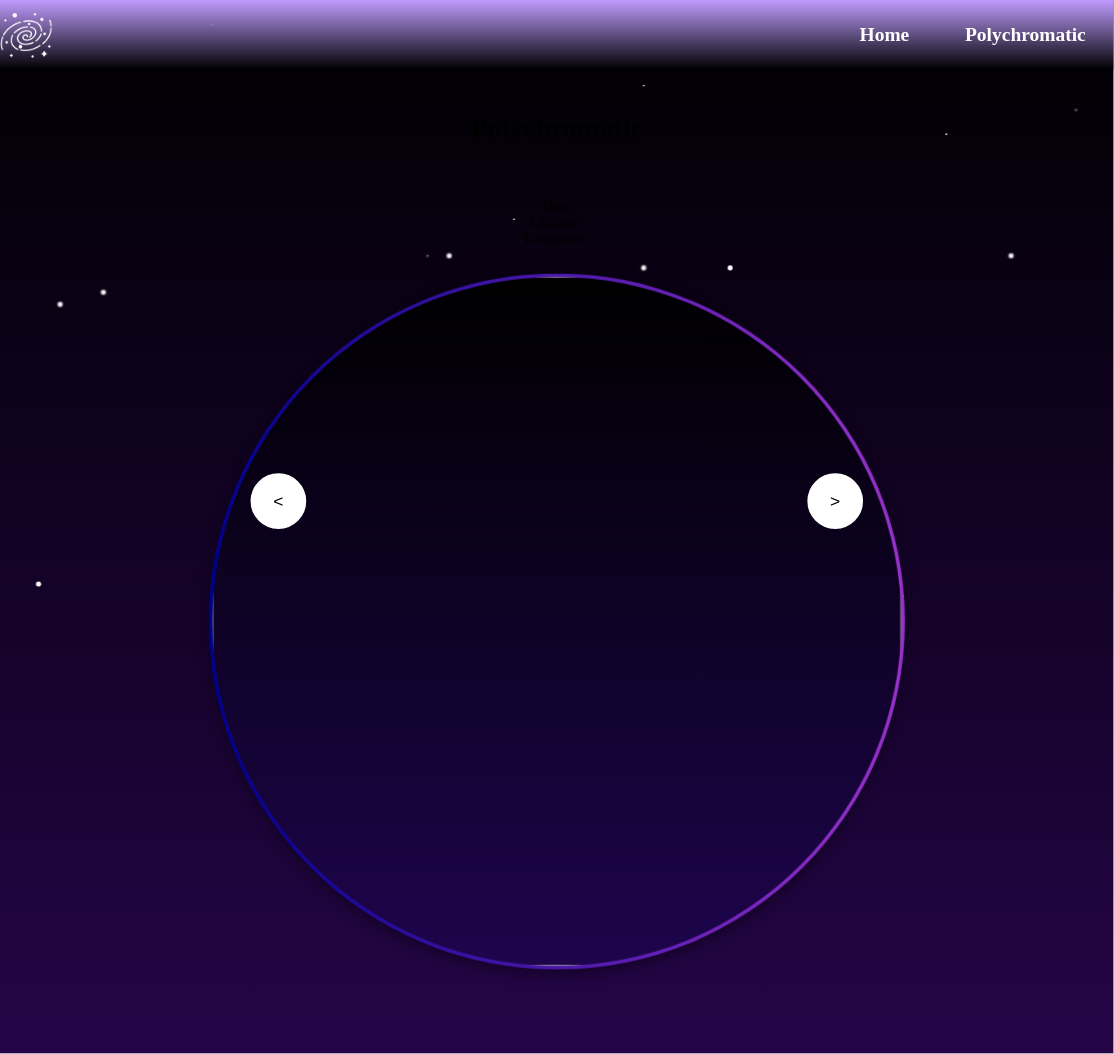
Repository: KayceeNguyen/DAI_W07_NASA
Page: /polychromatic
The author's editor kept a copy of each file at every save. The page is drawn from the files as they stood at one save, then again after the next save.
The browser window is 1280 px wide. The pictures show the whole page, at 87% of full size.
The page's requests for data from a server got no answer. The project was rebuilt for these pictures with package versions that can differ from the ones it lists, and the page was loaded fresh each time. The framework's server and built-in components were replaced by stand-ins that run in the browser. No one was signed in, and anything a server would have sent is missing. Also part of the build but not shown: next.config.js.

Above is the page before, as saved 2023-02-17 01:46:31.

After the next save:
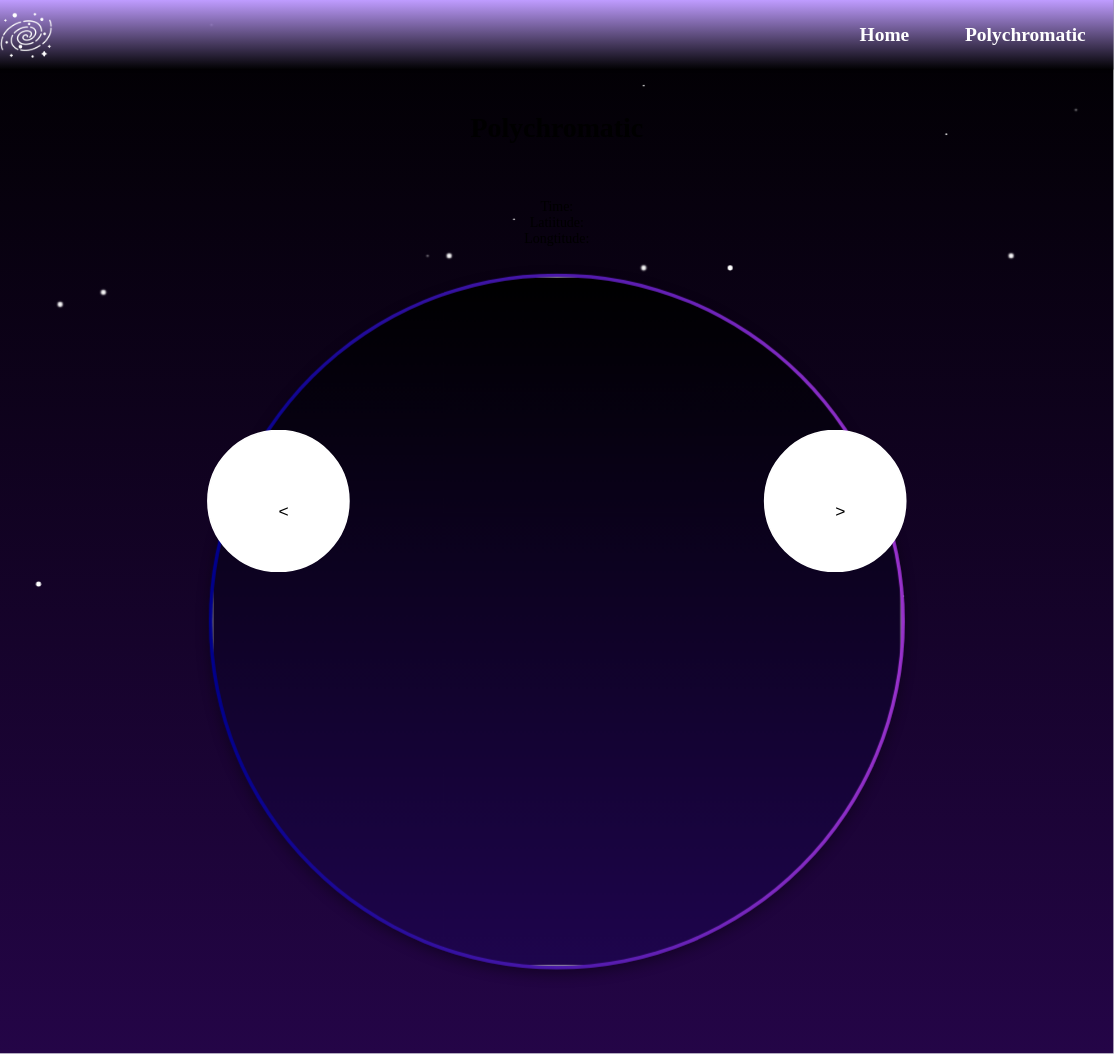
Saved 10 s later.
--- a/styles/Home.module.css
+++ b/styles/Home.module.css
@@ -591,7 +591,7 @@
 button.arrow {
 
   font-size: 20px;
-  margin: 4em;
+  padding: 4em;
   width: 4rem;
   height: 4rem;
   background-color:rgb(255, 255, 255, 1);

After the save that followed:
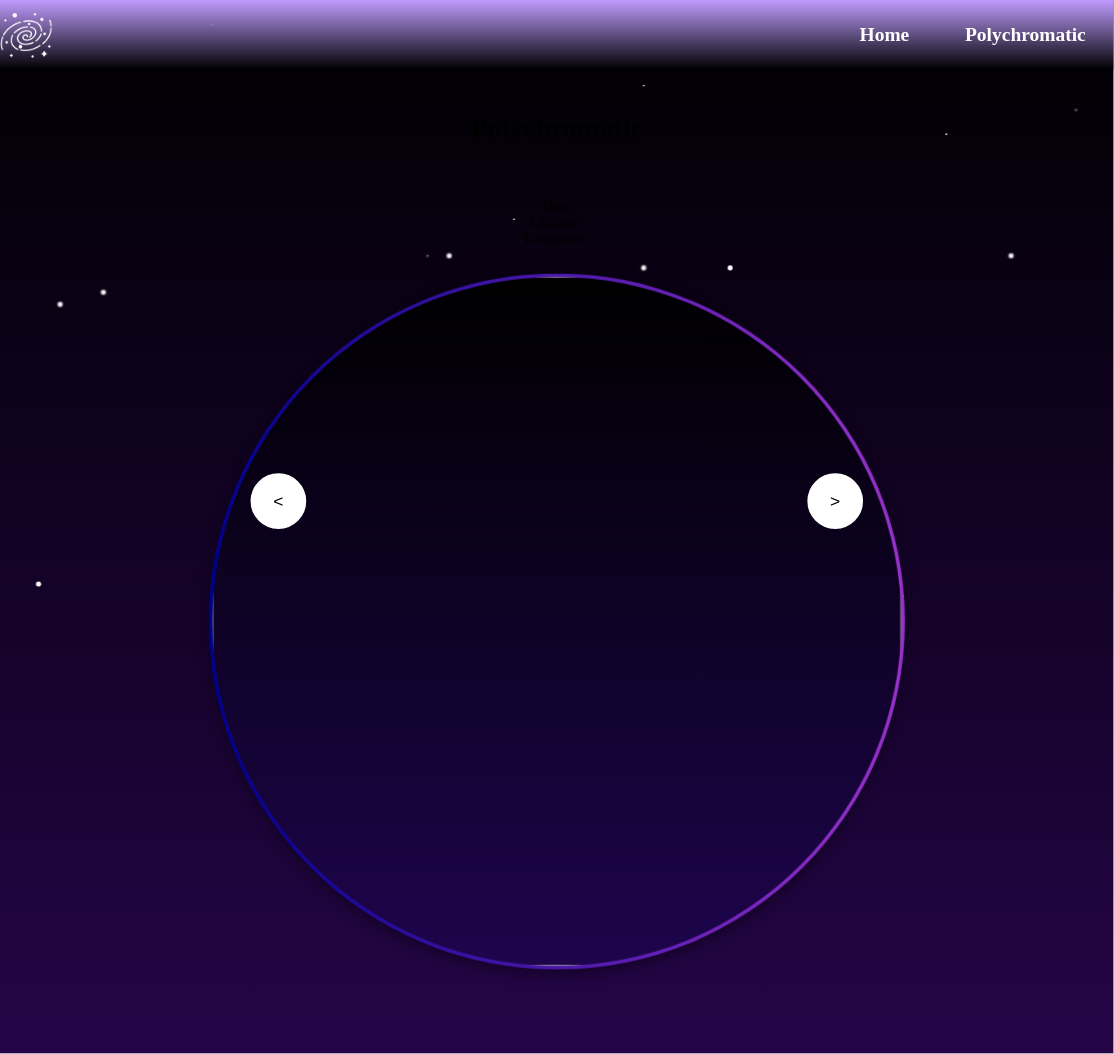
Saved 14 s later.
--- a/styles/Home.module.css
+++ b/styles/Home.module.css
@@ -591,7 +591,6 @@
 button.arrow {
 
   font-size: 20px;
-  padding: 4em;
   width: 4rem;
   height: 4rem;
   background-color:rgb(255, 255, 255, 1);
